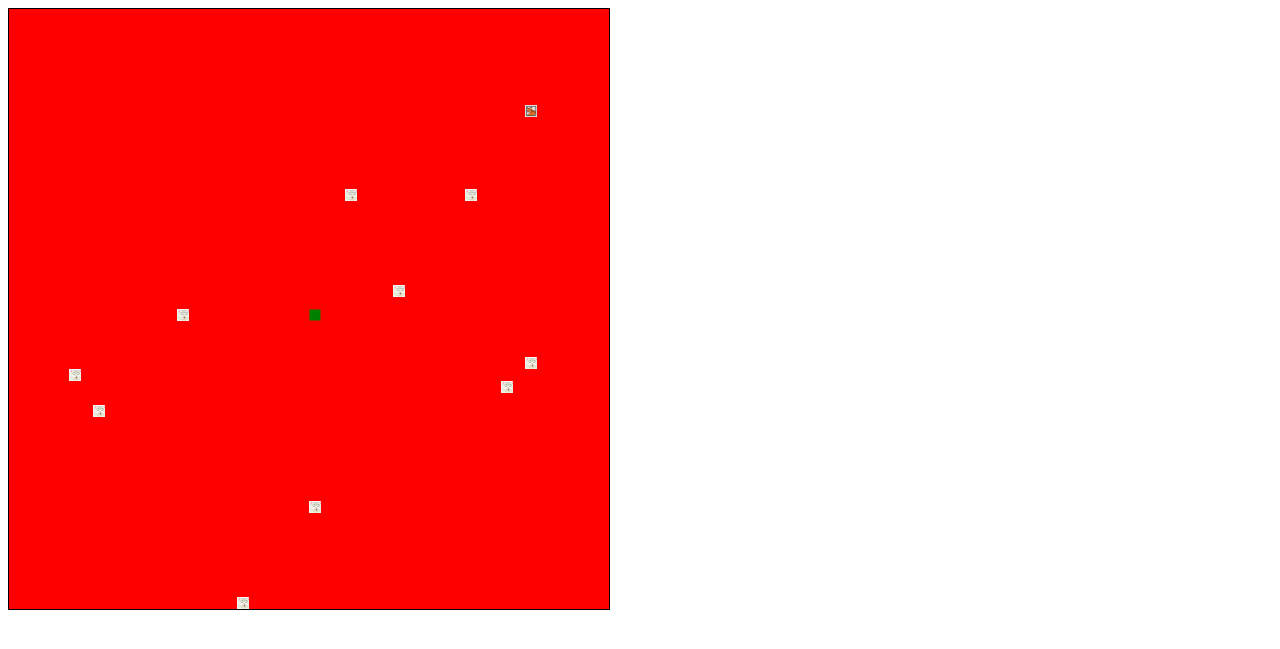
Repository: melon-husk/snakeGame
Page: index2.html
These files come from the project's save history. The page is drawn as it stood at one moment and after the next save; the edit follows.
The browser window is 1280 px wide. The pictures show the whole page.

Above is the page before, as saved 2020-05-22 20:30:05.

After the next save:
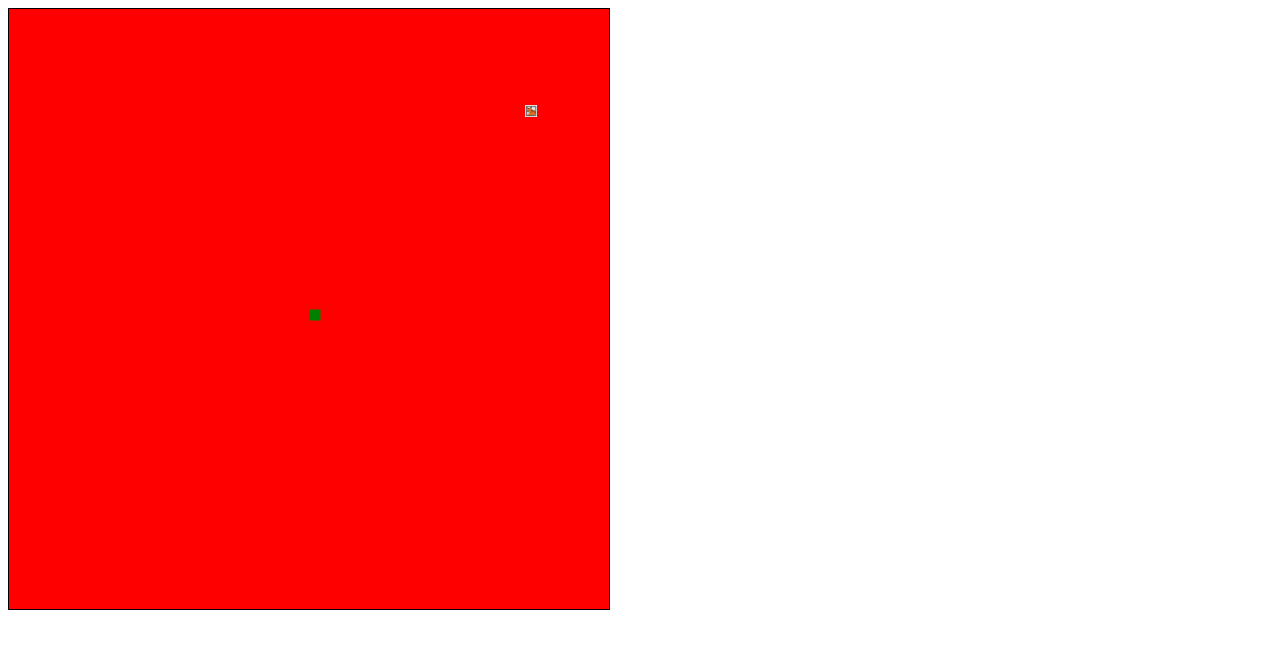
Saved 33 s later.
--- a/script.js
+++ b/script.js
@@ -115,11 +115,11 @@
 function initialCanvasDraw(){
     ctx.fillStyle = backGroundColor;
     ctx.fillRect(0, 0, boxWidth, boxHeight);
-    return;
+
     for( let i = 0; i < friends.length ; i++){
         ctx.drawImage(friendImg, friends[i].x, friends[i].y,elementWidth,elementHeight);
     }
-
+    return;
     ctx.drawImage(enemyImg, enemy.x, enemy.y,elementWidth,elementHeight);
 }
 
@@ -141,9 +141,9 @@
 
     //drawSnakeMovement(snake);
 
-    for( let i = 0; i < friends.length ; i++){
+    /*for( let i = 0; i < friends.length ; i++){
         ctx.drawImage(friendImg, friends[i].x, friends[i].y,elementWidth,elementHeight);
-    }
+    }*/
 
     ctx.drawImage(enemyImg, enemy.x, enemy.y,elementWidth,elementHeight);
 
